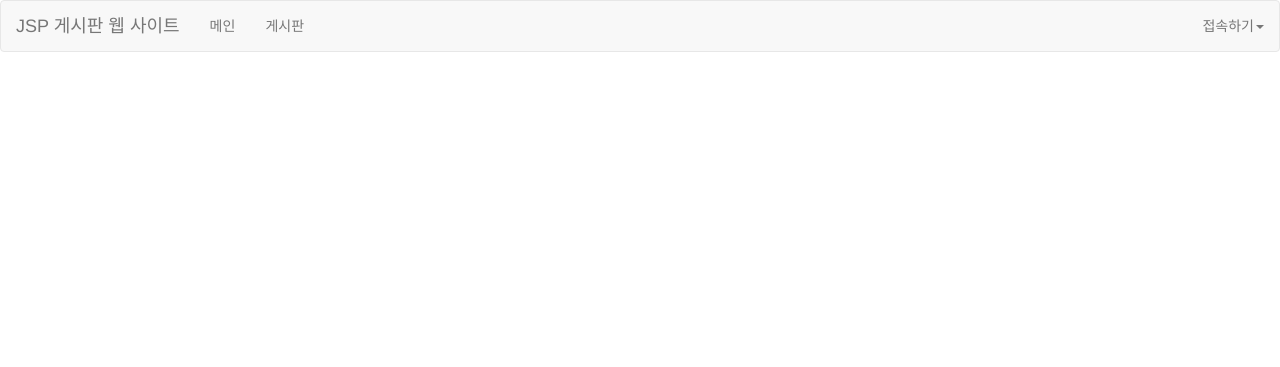
Repository: thdrmsqhd/JSPBBS
Page: http://localhost/BBS/login.jsp
These files come from the project's save history. The page is drawn as it stood at one moment and after the next save; the edit follows.
The browser window is 1280 px wide. The pictures show the whole page.
Some web libraries are served in a nearby version. The page is served by Tomcat 9.

Above is the page before, as saved 2020-06-16 10:06:13.

### BBS/WebContent/login.jsp
<%@ page language="java" contentType="text/html; charset=UTF-8"
    pageEncoding="UTF-8"%>
<!DOCTYPE html>
<html>
<head>
<meta http-equiv="Content-Type" content="text/html" charset="UTF-8">
<meta name="viewport" content="width-divice-width", initial-scal="1">
<link rel="stylesheet" href="css/bootstrap.css">
<title>JSP 게시판 웹 사이트</title>
</head>
<body>
	<nav class="navbar navbar-default">
		<div class="navbar-header">
			<button type="button" class="navbar-toggle collapsed"
				data-toggle="collapse" data-target="#bs-example-navbar-collapse-1"
				aria-expended="false">
					<span class="icon-bar"></span>
					<span class="icon-bar"></span>
					<span class="icon-bar"></span>
				</button>
				<a class="navbar-brand" href="main.jsp">JSP 게시판 웹 사이트</a>
		</div>
		<div class="collapse navbar-collapse" id="bs-example-navbar-collapse-1">
			<ul class="nav navbar-nav">
				<li><a href="main.jsp">메인</a>
				<li><a href="bbs.jsp">게시판</a>
			</ul>
			<ul class="nav navbar-nav navbar-right">
				<li class="dropdown">
					<a href="#" class="dropdown-toggle"
						data-toggle="dropdown" role="button" aria-haspopup="true"
						aria-expanded="false">접속하기<span class="caret"></span></a>
					<ul class="dropdown-menu">
						<li class="active"><a href="login.jsp">로그인</a></li>
						<li><a href="join.jsp">회원가입</a></li>
					</ul>
				</li>
			</ul>
		</div>
	</nav>
	<script src="https://code.jquery.com/jquery-3.1.1.min.js"></script>
	<script src="js/bootstrap.js"></script>
</body>
</html>

Loaded but not shown: BBS/WebContent/css/bootstrap.css (library); BBS/WebContent/js/bootstrap.js (library)

After the next save:
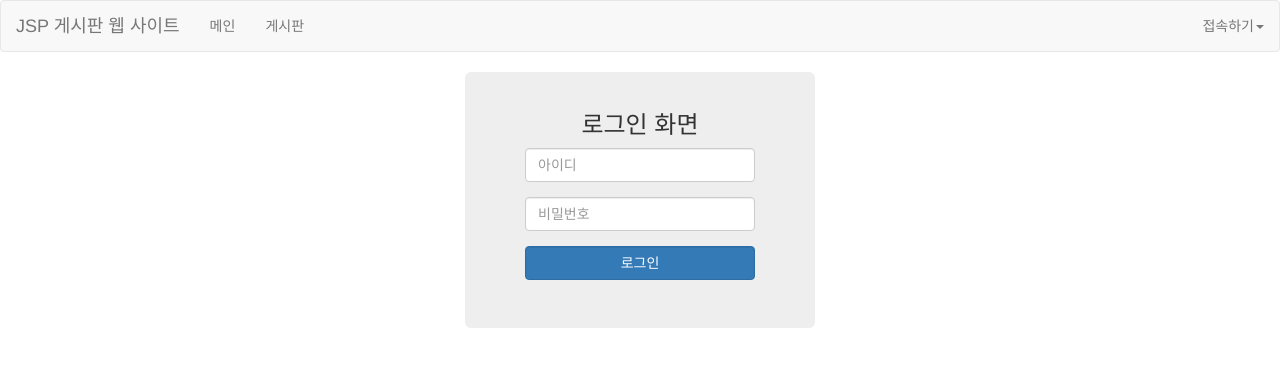
Saved 7 min 59 s later.
--- a/BBS/WebContent/login.jsp
+++ b/BBS/WebContent/login.jsp
@@ -38,6 +38,22 @@
 			</ul>
 		</div>
 	</nav>
+	<div class="container">
+		<div class="col-lg-4"></div>
+		<div class="col-lg-4">
+			<div class="jumbotron" style="padding-top: 20px;">
+				<form method="post" action="loginAction.jsp">
+					<h3 style="text-align: center;">로그인 화면</h3>
+					<div class="form-group">
+						<input type="text" class="form-control" placeholder="아이디" name="userID" maxlength="20">
+					</div>
+					<div class="form-group">
+						<input type="password" class="form-control" placeholder="비밀번호" name="userPassword" maxlength="20">
+					</div>
+					<input type="submit" class="btn btn-primary form-control" value="로그인">
+				</form>
+		</div>
+	</div>
 	<script src="https://code.jquery.com/jquery-3.1.1.min.js"></script>
 	<script src="js/bootstrap.js"></script>
 </body>
